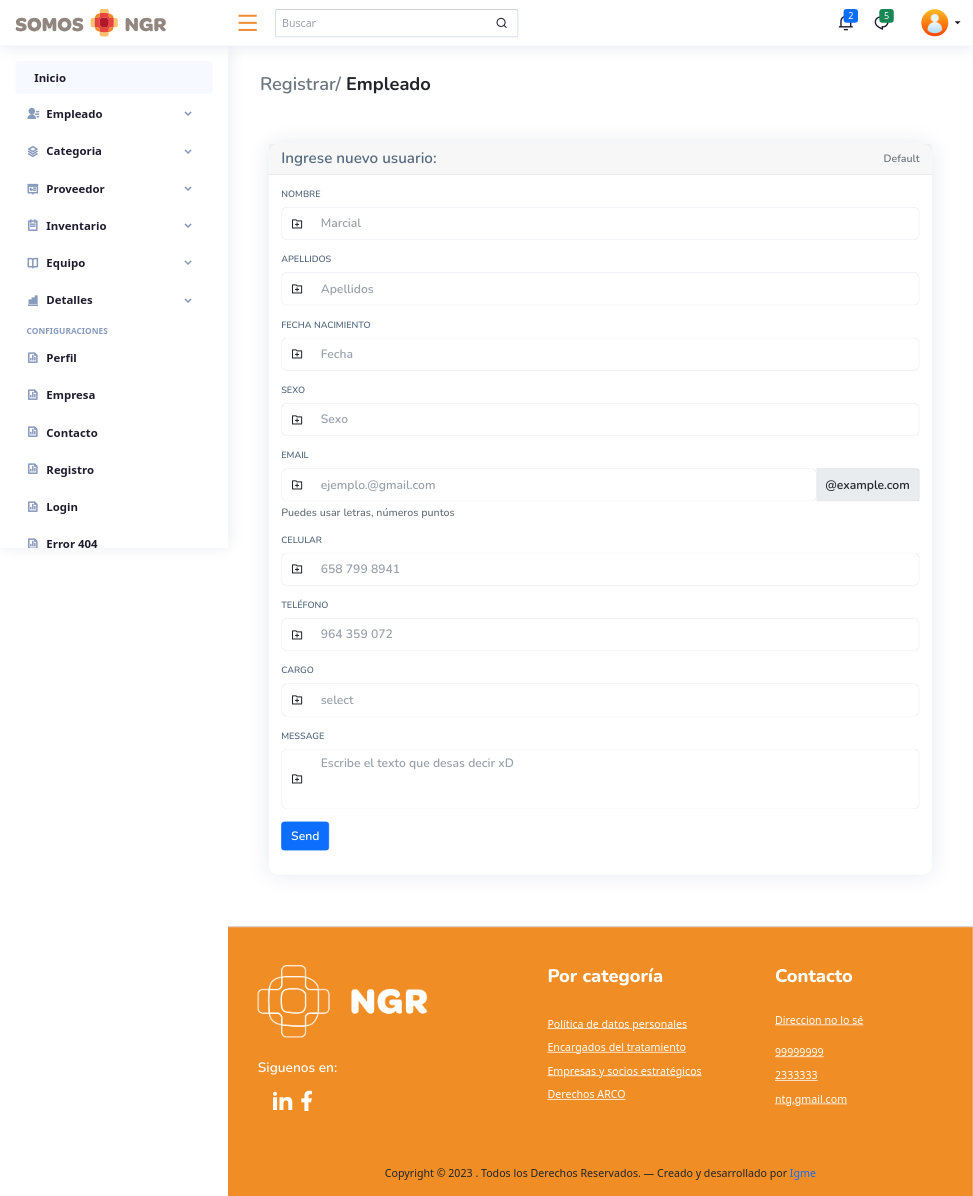
Repository: igmeMarcial/ProyectoLP-2023
Page: http://localhost/proyectoLP_2023/RegistrarEmpleado.jsp
The author's editor kept a copy of each file at every save. The page is drawn from the files as they stood at one save, then again after the next save.
The browser window is 1280 px wide. The pictures show the whole page, at 76% of full size.
Some web fonts or font styles are not loaded; a fallback is used. The page is served by Tomcat 9. The template is opened directly, without the code that normally fills it, so the values that code supplies are empty.

Above is the page before, as saved 2023-03-23 04:44:57.

After the next save:
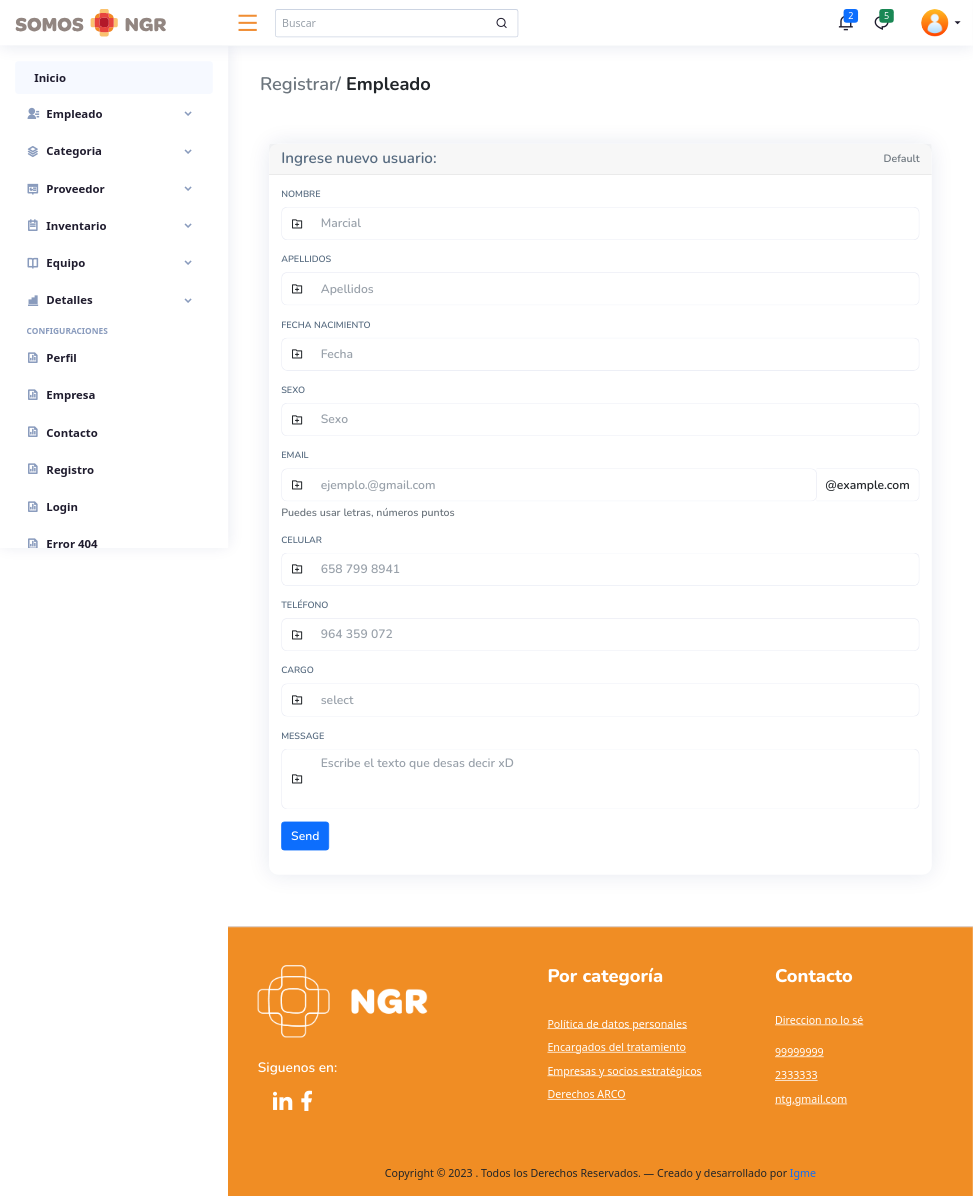
Saved 4 min 3 s later.
--- a/proyectoLP_2023/WebContent/RegistrarEmpleado.jsp
+++ b/proyectoLP_2023/WebContent/RegistrarEmpleado.jsp
@@ -336,7 +336,7 @@
 										<div class="input-group input-group-merge">
 											<span class="input-group-text labelCustom"><i class="ri-folder-add-line"></i></span>
 											<input type="text" id="basic-icon-default-email" class="form-control inputCustom" placeholder="ejemplo.@gmail.com" aria-label="john.doe" aria-describedby="basic-icon-default-email2" />
-											<span id="basic-icon-default-email2" class="input-group-text">@example.com</span>
+											<span id="basic-icon-default-email2" class="input-group-text labelCustomEmail">@example.com</span>
 										</div>
 										<div class="form-text">Puedes usar letras, números puntos</div>
 									</div>
